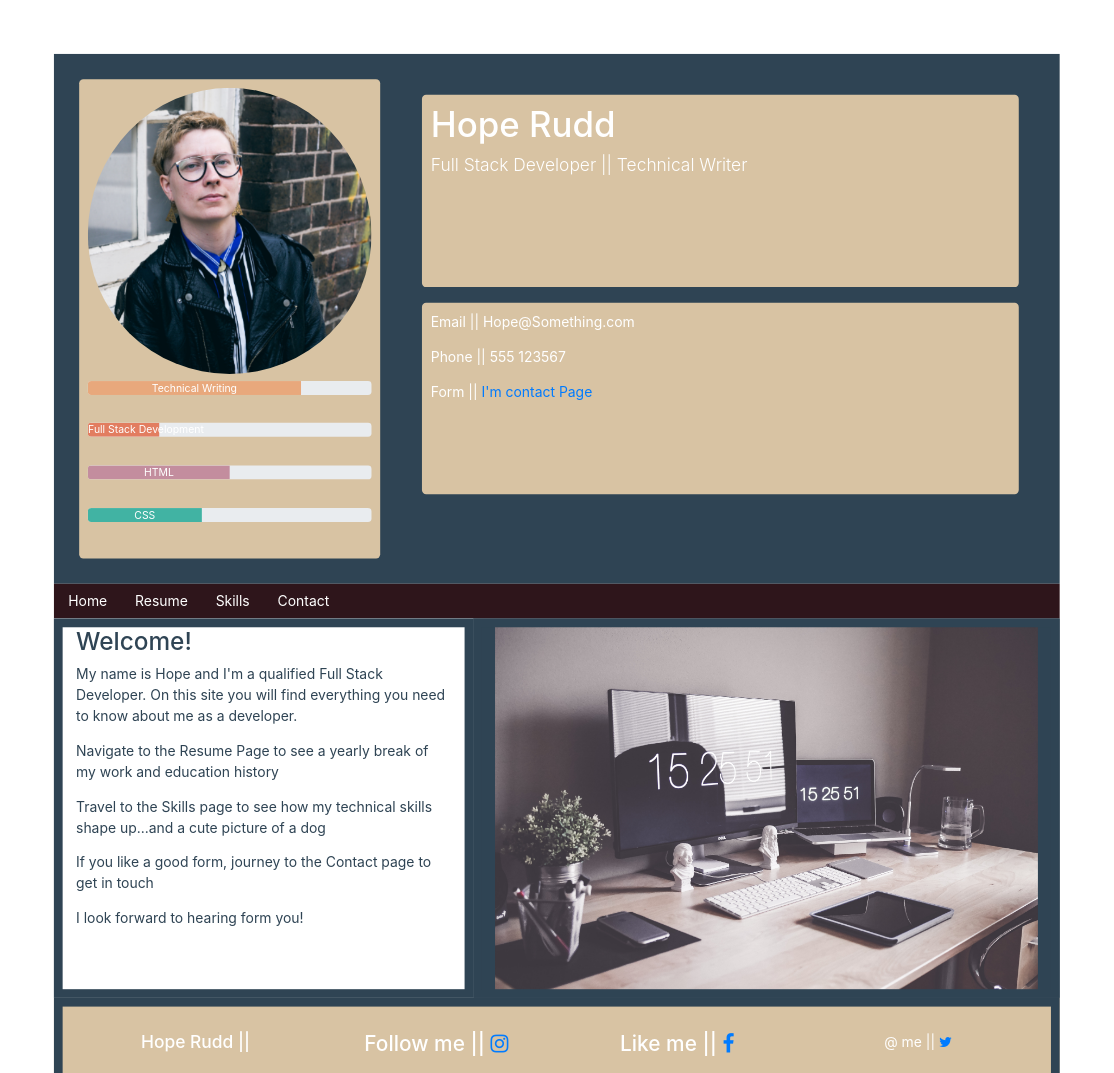
Repository: BleakTerrain/MilestoneProject-
Page: index.html
The author's editor kept a record of every edit. The page is drawn from the files as they stood at one moment, then again after the next edit.
The browser window is 1280 px wide. The pictures show the whole page, at 87% of full size.
Some web libraries are served in a nearby version.

Above is the page before.

### index.html
<html>

<head>
  <!-- Copied from UCB Resume code institue project -->

  <meta charset="UTF-8">
  <meta name="viewport" content="width=device-width, initial-scale=1.0">
  <meta http-equiv="X-UA-Compatible" content="ie=edge">
  <link rel="stylesheet" href="https://maxcdn.bootstrapcdn.com/bootstrap/4.2.1/css/bootstrap.min.css" type="text/css" />
  <link rel="stylesheet" href="https://maxcdn.bootstrapcdn.com/font-awesome/4.7.0/css/font-awesome.min.css" type="text/css" />
  <link rel="stylesheet" href="https://cdnjs.cloudflare.com/ajax/libs/hover.css/2.3.1/css/hover-min.css" type="text/css" />
  <link rel="stylesheet" href="assets/CSS/stylesheet.css" type="text/css" />
  <!-- Copied initial links end -->

  <title> Personal Portfolio</title>
</head>
<header>



</header>

<body>
<div class="intro-container">

 <!-------------------------Intro cards Started----------------------->
      <div class="row">
        <div class= "col-sm-4">
            <section class="jumbotron introtron">
          <img class="intro-image " src="BackgroundCodeInstitute.jpg" alt="Image not found">
           <div class="progress">
                <div class="progress-bar tech-writing " role="progressbar" aria-valuenow="40"
  aria-valuemin="0" aria-valuemax="100" style="width:75%">
  Technical Writing
  </div>
           </div>
            <div class="progress">
                <div class="progress-bar full-stack " role="progressbar" aria-valuenow="40"
  aria-valuemin="0" aria-valuemax="100" style="width:25%">
  Full Stack Development
  </div>
           </div>
             <div class="progress">
                <div class="progress-bar html" role="progressbar" aria-valuenow="40"
  aria-valuemin="0" aria-valuemax="100" style="width:50%">
  HTML
  </div>
           </div>
                <div class="progress">
                <div class="progress-bar css" role="progressbar" aria-valuenow="40"
  aria-valuemin="0" aria-valuemax="100" style="width: 40%">
  CSS
  </div>
           </div>
               </div>

               <div class="col-sm-8">
                 <div class="jumbotron name-card">
                <h1>Hope Rudd</h1>
                 <p class="lead ">Full Stack Developer || Technical Writer </p>
                 </div>

                  <section class= "jumbotron contact-card">
           <div class="row">
             <div class="col-sm-12">
            <p class="contact-info"> Email || Hope@Something.com</p>
            <p class="contact-info"> Phone || 555 123567</p>
            <p class="contact-info"> Form || <a href ="#">I'm contact Page</a></p>
              </div>

</section>
        </section>
        </div>

      </div>
    </div>

</div>
<!-------------------------------Intro cards finished-------------------------------->
<!-------------------------------Nav bar started-------------------------------->
<!-- inspired by example at https://www.w3schools.com/bootstrap4/bootstrap_navs.asp -->
<ul class = " nav navbar-default">
            <li class="nav-item">
              <a class="nav-link" href="#">Home</a>
            </li>
            <li class="nav-item">
              <a class="nav-link" href="#">Resume</a>
            </li>
            <li class="nav-item">
              <a class="nav-link" href="#">Skills</a>
            </li>
            <li class="nav-item">
              <a class="nav-link" href="#">Contact</a>
            </li>
          </ul>
<!-------------------------------Nav bar finished-------------------------------->
<!-------------------------------Bulk text started------------------------------->
    <section class="main-text container-fluid">
<div class="row">
  <div class="col-sm-5 main-text-box">
      <h3>Welcome!</h3> <i class="fas fa-door-open"></i>
      <p> My name is Hope and I'm a qualified Full Stack Developer. On this site you will find everything you need to know about me as a developer.</p>
      <p>Navigate to the Resume Page to see a yearly break of my work and education history</p>
      <p>Travel to the Skills page to see how my technical skills shape up...and a cute picture of a dog </p>
      <p>If you like a good form, journey to the Contact page to get in touch</p>
      <p> I look forward to hearing form you!</p>
  </div>
  <div class="col-sm-7 other-image-background">
<img class="other-image" src="DeskImage.jpg" alt="Image not found">
  </div>
</div>
    </section>
    </body>
<!-------------------------------Bulk text finished------------------------------->



<footer class="footer container-fluid">
<div class="row">
<div class="col-sm-3 footer-item">
  <h5> Hope Rudd || </h5>
  </div>
  <div class="col-sm-3 footer-item">
      <h4>Follow me || <a href = "#"> <i class="fa fa-instagram aria-hidden=true"></i></a></h4>
  <span class = "sr-only">Instagram link</span>
  </div>
  <div class="col-sm-3 footer-item">
      <h4> Like me || <a href = "#"> <i class="fa fa-facebook aria-hidden=true"></i></a></h4>
  <span class = "sr-only">Facebook Link</span>
  </div>
    <div class="col-sm-3 footer-item">
      <p>@ me || <a href = "#"> <i class="fa fa-twitter aria-hidden=true"></i></a></p>
  <span class = "sr-only">Twitter Link</span>
  </div>
</footer>

</html>

### assets/CSS/stylesheet.css

/* Main background taken from bootstraps basics project*/
/* General theme inspiration from : https://visme.co/blog/website-color-schemes/ */

body, html {
  height: 100%;
  margin: 2.5%;
}
/* -----------------------------------Intro bar---------------*/

.intro-container
{
padding:2.5%;
background-color: #2f4454;
}
.jumbotron
{
  margin:2.5%;
 padding: 10px;
 text-align: center;
  background-color: #D8C3A3;
  color:#fff;

}
.jumbotron-header
{
  font-size:500%;

}

.introtron
{
  margin:0;
min-height: 40%;
}

.intro-image {
  padding-bottom: 2.5%;
    width: 100%;
    background-position: center;
    background-repeat: no-repeat;
    transition: all .5s ease-in-out;
    -moz-transition: all .5s ease-in-out;
    -webkit-transition: all .5s ease-in-out;
  border-radius: 50%;
  display:inline-block;
}

.contact-card
{

  text-align: left;
  height:40%;
}
.name-card
{
  text-align:left;
  font-size: x-large;
  height:40%;
}
/*-----------------------------SkillsBar-------------------*/
.skill-bars
{
 width: 100%;
 border: solid 10px #41B3A3 ;
 padding: 2.5%;
}
.progress
{
  margin-bottom:10%;
}
.full-stack
{
  background-color: #E27D60;
}
.tech-writing
{
  background-color: #e8a87c;
}
.html
{
  background-color: #C38D9E;
}
.css
{
  background-color: #41B3A3;
}
/*----------------------------------Nav-----------------------*/
.nav
{

  text-align: center;
  background-color: #2E151B;

}
.nav-link
{
  color:#fff;
}
.nav-link:hover
{
  background-color:#eed2dc ;
  color:#2E151B;
}
.nav-item-resume
{
  background-color: #D8C3A3;
}
.nav-item-skills
{
  background-color: #D8C3A3;
}
.nav-item-contact
{
  background-color: #D8C3A3;
}
/*-----------------------------Main-Text-------------------*/
.main-text
{
  background-color: #2f4454;
}

.main-text-box
{
  border: solid 10px #2f4454;
  background-color: #fff;
  color: #2f4454;
}
.other-image-background
{
border: solid 10px #2f4454;
 margin:0;
}
.other-image {

width: 100%;
  display:block;

}

.resume-main-text
{
  background-color:#fff ;
  border: solid 10px #2f4454;
  padding:2.5% ;
}

.resume-image
{
  margin-top: 2.5%;
    padding-bottom: 2.5%;
    width: 100%;
    background-repeat: no-repeat;

  display:inline-block;
}


/*-----------------------------Timeline-------------------*/
/*-- Influenced by http://www.prepbootstrap.com/bootstrap-template/timeline ---*/
.timeline {
  list-style: none;
  padding: 10px 0 10px;
  position: relative;
}
.timeline:before {
  top: 0;
  bottom: 0;
  position: absolute;
  content: " ";
  width: 3px;
  background-color:#fff ;
  left: 10px;
  margin-left:-2px;
}
.timeline-item {
  margin-bottom: 10px;
  position: relative;
}

.timeline-item:before
.timeline-item:after {
  content: " ";
  display: table;
}

 .timeline-panel {
   background-color:  #41B3A3;
   color:#fff;
  width: 90%;
  float: center;
  border: 1px solid #d4d4d4;
  border-radius: 10px;
  padding: 10px;
  position: relative;
  margin-left: 35px;
}
.timeline-panel:before {
  position: absolute;
  display: inline-block;
}
.timeline-panel:after {
  position: relative;
  display: inline-block;
}
 .timeline-badge {
  color: #fff;
  font-size: 30px;
  line-height: 25px;
  text-align: center;
  position: absolute;
  top: 16px;
  left: -7px;

}

/*------------------------------Footer---------------------*/
.footer
{ background-color: #D8C3A3;
color:#fff;
padding: 2.5%;
border: solid 10px #2f4454 ;
}
.footer-item
{
  text-align: center;
}
/*------------------------------MediaQueries-----------------*/

@media (max-width: 573)
{
  .name-card
{
height: 100%;
background-color: #E85a4f;
}


.contact-card
{
height: 100%;
background-color: #E98074;
}
}
.other-image
{
  height:100%;

}

After the next edit:
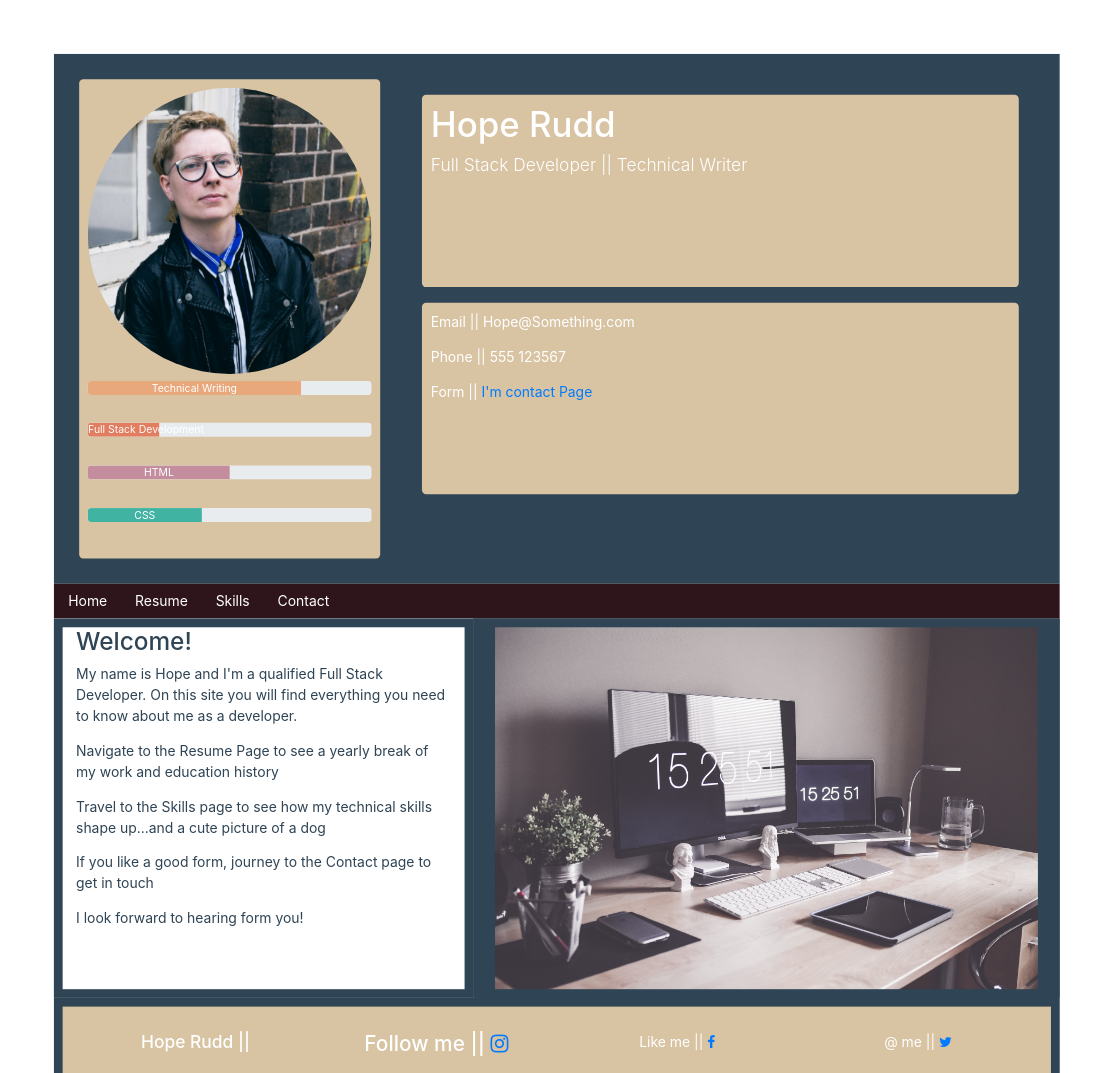
The edit:
--- a/index.html
+++ b/index.html
@@ -125,7 +125,7 @@
   <span class = "sr-only">Instagram link</span>
   </div>
   <div class="col-sm-3 footer-item">
-      <h4> Like me || <a href = "#"> <i class="fa fa-facebook aria-hidden=true"></i></a></h4>
+      <p> Like me || <a href = "#"> <i class="fa fa-facebook aria-hidden=true"></i></a></p>
   <span class = "sr-only">Facebook Link</span>
   </div>
     <div class="col-sm-3 footer-item">
